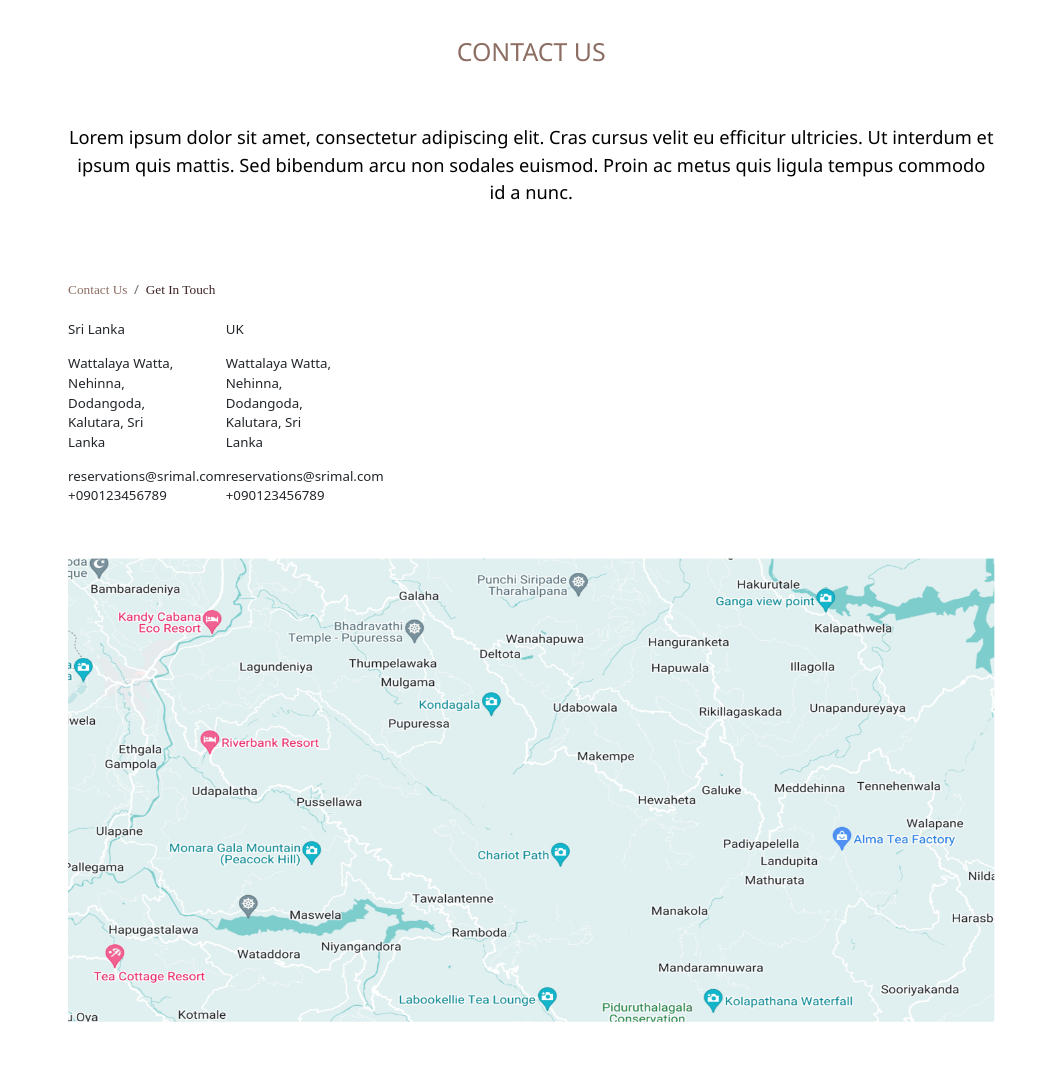
Repository: kaushalyaweerakoon/Plantation-Villa
Page: contact-us.html
These files come from the project's save history. The page is drawn as it stood at one moment and after a run of saves; the edit follows.
The browser window is 1280 px wide. The pictures show the whole page, at 83% of full size.
Some web fonts or font styles are not loaded; a fallback is used.

Above is the page before, as saved 2022-08-15 11:54:32.
Not found: assets/js/main.js

After the next 2 saves:
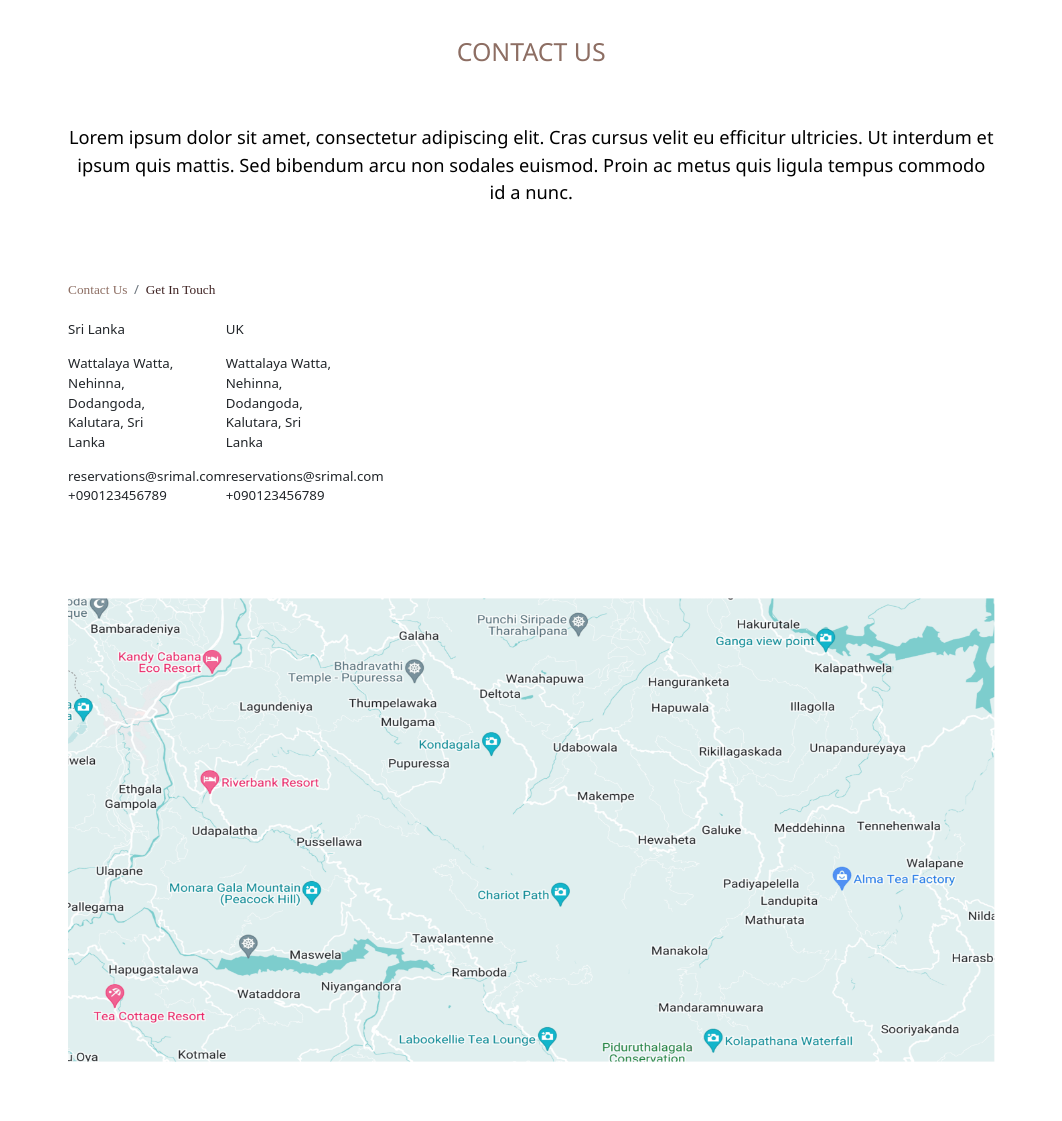
The 2 saves are shown as one change because they came seconds apart.
The last was saved 101 s later.
--- a/contact-us.html
+++ b/contact-us.html
@@ -76,7 +76,7 @@
 
         <div class="col-md-4 col-xl-2 pe-xl-5 order-1">
 
-            <div class="col col-xl-12">
+            <div class="col col-xl-12 pb-5">
                 <p class="">UK</p>
                 <p class="">Wattalaya Watta,
                     Nehinna, Dodangoda,
